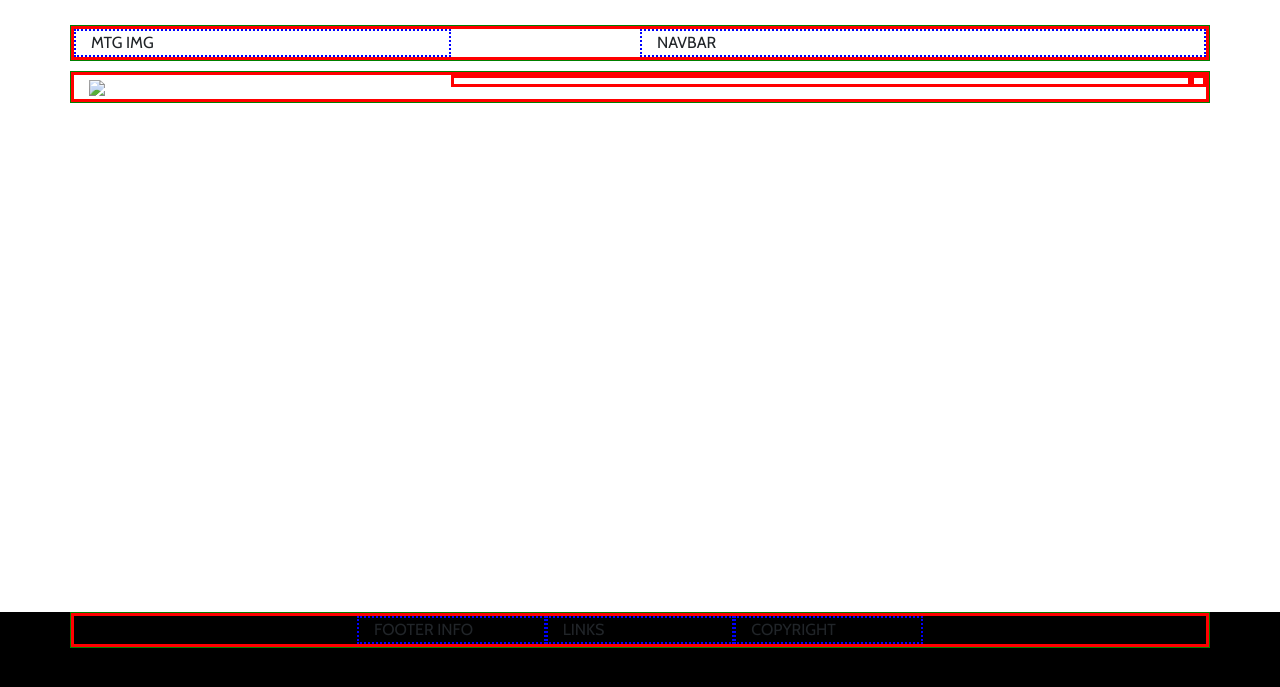
Repository: Code-Institute-Submissions/Milestone-Project-1-Art-Blog
Page: artisttemp.html
The author's editor kept a record of every edit. The page is drawn from the files as they stood at one moment, then again after the next edit.
The browser window is 1280 px wide. The pictures show the whole page.
Some web libraries are served in a nearby version.

Above is the page before.

### artisttemp.html
<!DOCTYPE html>
<html lang="en">

<head>
    <meta charset="UTF-8">
    <meta name="viewport" content="width=device-width, initial-scale=1.0">
    <meta http-equiv="X-UA-Compatible" content="ie=edge">
    <link rel="stylesheet" href="https://maxcdn.bootstrapcdn.com/bootstrap/4.2.1/css/bootstrap.min.css" type="text/css" />
    <link rel="stylesheet" href="https://use.fontawesome.com/releases/v5.0.10/css/all.css" integrity="sha384-+d0P83n9kaQMCwj8F4RJB66tzIwOKmrdb46+porD/OvrJ+37WqIM7UoBtwHO6Nlg" crossorigin="anonymous">
    <link rel="stylesheet" href="https://cdnjs.cloudflare.com/ajax/libs/hover.css/2.3.1/css/hover-min.css" type="text/css" />
    <link rel="stylesheet" href="assets/css/style.css" type="text/css" />
    <title>MtG: Flavourist</title>
</head>

<body>

    <header>
        <div class="container my-container">
            <div class="row my-row">
                <div class="col-4 my-col">
                    MTG IMG
                </div>
                <div class="offset-2 col-6 my-col">
                    NAVBAR
                </div>
            </div>
        </div>
    </header>

    <content>
        <div class="container my-container">
            <div class="row my-row">
                <div class="col-4">
                    <img src="#"></img>
                </div>
                <div class="col-8">
                    <div class="row my-row">
                        <div class="col-12">

                        </div>
                        <div class="row my-row"></div>
                    </div>
                </div>
            </div>
        </div>

    </content>

    <footer>
        <div class="container my-container">
            <div class="row my-row">
                <div class="offset-3 col-2 my-col">
                    FOOTER INFO
                </div>
                <div class="col-2 my-col">
                    LINKS
                </div>
                <div class="col-2 my-col">
                    COPYRIGHT
                </div>
            </div>
        </div>

    </footer>

</body>

</html>

### assets/css/style.css
@import url('https://fonts.googleapis.com/css?family=Cabin:100,200,300,400,500,600,700|Indie+Flower:100,200,300,400,500,600,700');

/* ----------------------------------- resets*/

body {
    font-family: cabin;
}

header {
    margin: 0;
    margin-top: 25px;
}

footer {
    position: absolute;
    bottom: 0px;
    width: 100%;
    height: 15%;
    background-color: black;
}

/* ----------------------------------- test-styles*/

.content {
    background-color: lightgrey;
    margin: 20px 0px;
}

.logo {
padding: 0px;
}

.header-titles {
 max-width:100%;
 padding: 0px;
}

.logo-img {
    width: 100%;
}

.my-container {
    border: 1px solid green;
}

.my-row {
    border: 3px solid red;
}

.my-row-nested {
    border: 3px solid yellow;
}

.my-col {
    border: 2px dotted blue;
}

.container {
    margin-bottom: 10px;
}

.container-fluid {
    margin-bottom: 10px;
}

After the next edit:
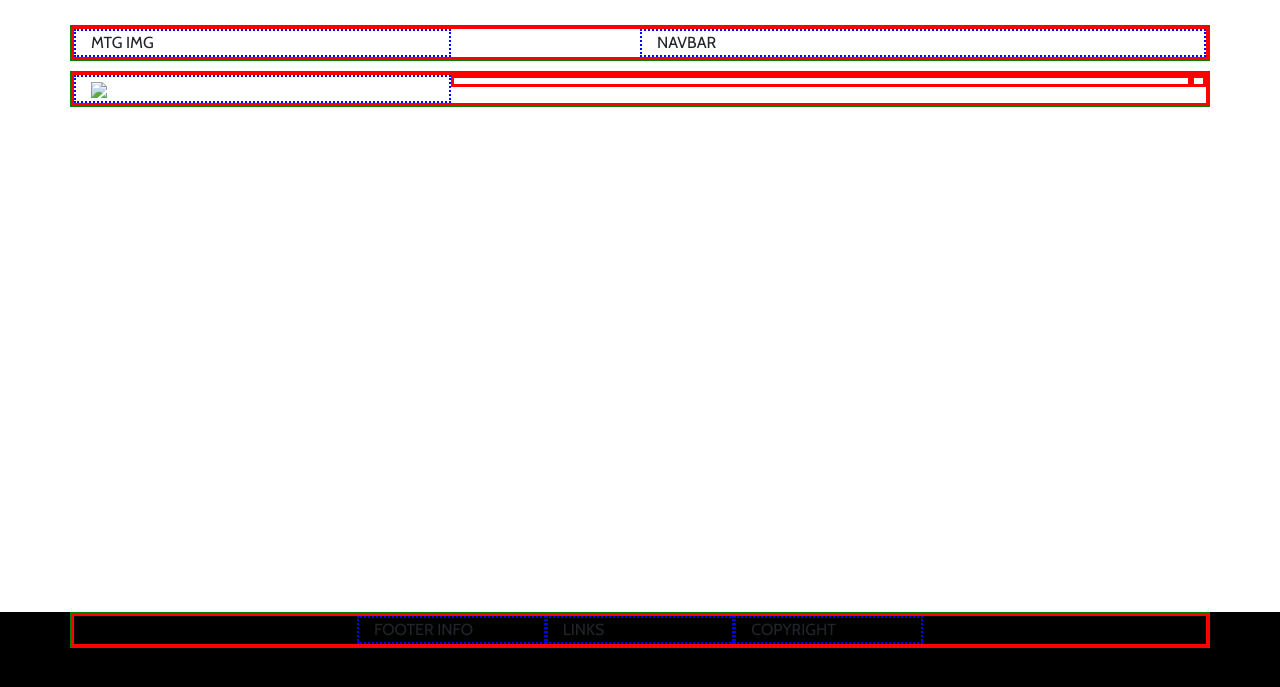
The edit:
--- a/artisttemp.html
+++ b/artisttemp.html
@@ -30,7 +30,7 @@
     <content>
         <div class="container my-container">
             <div class="row my-row">
-                <div class="col-4">
+                <div class="col-4 my-col">
                     <img src="#"></img>
                 </div>
                 <div class="col-8">
